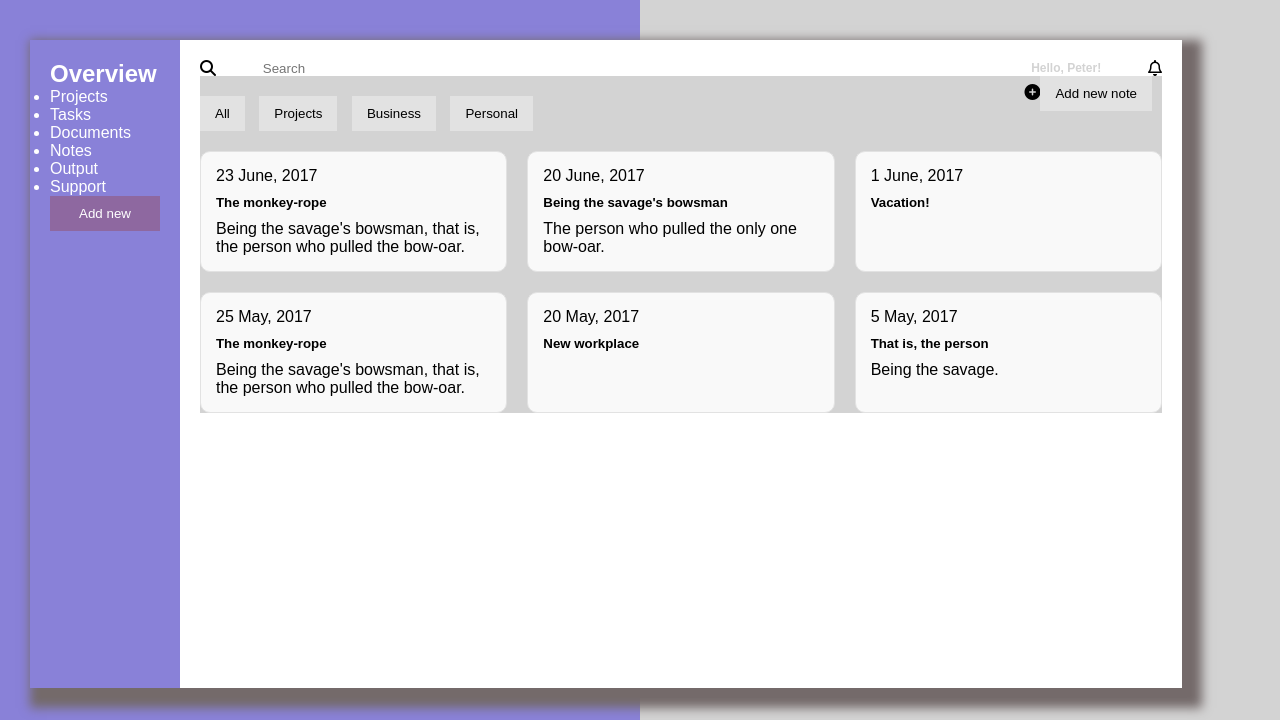
Repository: SatenikGabrielyan/HTML_CSS-_Assignment
Page: index.html
An editor plug-in stored every save of this project. The page is shown before and after the next save, followed by the edit.
The browser window is 1280 px wide. The pictures show the whole page.
Some web libraries are served in a nearby version.

Above is the page before, as saved 2025-03-17 21:14:21.

### index.html
<!DOCTYPE html>
<html lang="en">
  <head>
    <meta charset="UTF-8" />
    <meta name="viewport" content="width=device-width, initial-scale=1.0" />
    <title>Notes App</title>
    <link rel="stylesheet" href="./style.css" />
    <script src="https://kit.fontawesome.com/858d305f19.js" crossorigin="anonymous"></script>
</head>
  <body>
      <div class="cont">
          <div class="purp"></div>
          <div class="whit"></div>
      </div>
    <div class="container">
      <aside class="sidebar">
        <header>
            <h2>Overview</h2>
        </header>
        <nav>
            <ul>
                <li>Projects</li>
                <li>Tasks</li>
                <li>Documents</li>
                <li>Notes</li>
                <li>Output</li>
                <li>Support</li>
            </ul>
        </nav>
        <button class="add-new">Add new</button>
    </aside>

    <main class="main-content">
       <div class="header">
            <i class="fas fa-search"></i>  <input type="text" placeholder="Search">
            <h3>Hello, Peter!</h3> <i class="fa-regular fa-bell"></i>
    </div>
    <div class="proj">
        <div class="but">
        <div class="tabs">
            <button>All</button>
            <button>Projects</button>
            <button>Business</button>
            <button>Personal</button>
        </div>
        <div  >
            <i class="fa-solid fa-circle-plus"></i><button class="add">Add new note</button>
        </div>
    </div>
        <div class="notes-grid">
            <div class="note-card">
                <h4>23 June, 2017</h4>
                <h5>The monkey-rope</h5>
                <p>Being the savage's bowsman, that is, the person who pulled the bow-oar.</p>
            </div>
            <div class="note-card">
                <h4>20 June, 2017</h4>
                <h5>Being the savage's bowsman</h5>
                <p>The person who pulled the only one bow-oar.</p>
            </div>
            <div class="note-card">
                <h4>1 June, 2017</h4>
                <h5>Vacation!</h5>
            </div>
            <div class="note-card">
                <h4>25 May, 2017</h4>
                <h5>The monkey-rope</h5>
                <p>Being the savage's bowsman, that is, the person who pulled the bow-oar.</p>
            </div>
            <div class="note-card">
                <h4>20 May, 2017</h4>
                <h5>New workplace</h5>
            </div>
            <div class="note-card">
                <h4>5 May, 2017</h4>
                <h5>That is, the person</h5>
                <p>Being the savage.</p>
            </div>
        </div>
    </div>
    </main>
    </div>

  </body>
</html>

### style.css
/* CSS Variables for Colors */
:root {
    --bg-color: #fbfbfb;
    --primary-color: #8981d8;
    --secondary-color: #d0d0d0;
    --text-color: #858499;
    --highlight-color: #7f77cc;
    --hover-color: rgba(137, 129, 216, 0.5);
  }


  * {
    margin: 0;
    padding: 0;
    box-sizing: border-box;
  }

  body {
    font-family: Arial, sans-serif;
    background-color: var(--bg-color);
    display: flex;
    height: 100vh;
  }
  .wrapper{
    position: relative;
  }
  .cont{
      display: flex;
      width: 100%;
      position: relative;
      z-index: -1;
      border-radius: 10px;
  }
.purp {
    width: 50%;
    background-color: var(--primary-color);
    flex-direction: row;
}
.whit {
    width: 50%;
    background-color: lightgray;
    flex-direction: row;
}
  .container {
    display: flex;
    width: 90%;
    height: 90%;

    box-shadow: 10px 10px 10px 10px rgb(116, 106, 106);
    margin-left: 30px;
    margin-right: 30px;
    margin-top: 40px;
    margin-bottom: 80px;
    background: center;
    position: absolute;
    z-index: 2;
  }

   .sidebar {
    width: 150px;
    background-color: var(--primary-color);
    color: #fff;
    display: flex;
    flex-direction: column;
    padding: 20px;
  }

  .main-content li {
    float: left;
  }

  .main-content li a {
    display: block;
    color: white;
    text-align: center;
    padding: 14px 16px;
    text-decoration: none;
  }

  .main-content li a:hover:not(.active) {
    background-color: #111;
  }

  .sidebar-header h2 {
    margin-bottom: 20px;
  }

  .sidebar-list {
    list-style: none;
  }

  .sidebar-list li {
    margin: 15px 0;
    display: flex;
    align-items: center;
    cursor: pointer;
  }

  .sidebar-list li i {
    margin-right: 10px;
  }

  .main-content {
    background-color: white;
    width: 200px;
    flex-grow: 1;
    padding: 20px;
    overflow-y: auto;
  }

   /* header {
    display: flex;
    justify-content: space-between;
    align-items: center;
    margin-bottom: 20px;
  } */

  /*
  .header-left p {
    font-size: 1.2em;
    color: var(--text-color);
  }

  .header-right {
    display: flex;
    align-items: center;
  }

  .header-right i {
    margin-right: 20px;
    cursor: pointer;
  }

  .add-note-btn {
    background-color: var(--primary-color);
    color: #fff;
    border: none;
    padding: 10px 20px;
    cursor: pointer;
    display: flex;
    align-items: center;
  }

  .add-note-btn i {
    margin-right: 10px;
  }


  .notes-grid {
    display: grid;
    grid-template-columns: repeat(auto-fill, minmax(300px, 1fr));
    gap: 20px;
  }

  .note-item {
    background-color: #fff;
    border-radius: 8px;
    box-shadow: 0 2px 4px rgba(0, 0, 0, 0.1);
    overflow: hidden;
    display: flex;
    flex-direction: column;
    padding: 20px;
  }

  .note-item img {
    width: 100%;
    height: auto;
    border-radius: 8px;
    margin-bottom: 15px;
  }

  .note-item p {
    color: var(--text-color);
    font-size: 1em;
    line-height: 1.5;
  }


  .sidebar-list li:hover {
    background-color: var(--highlight-color);
    transition: background-color 0.3s ease;
  }


  @media (max-width: 768px) {
    .container {
      flex-direction: column;
    }

    .sidebar {
      width: 100%;
      flex-direction: row;
      justify-content: space-around;
      padding: 10px;
    }

    .sidebar-list {
      display: flex;
      flex-direction: row;
      gap: 15px;
    }

    .sidebar-list li {
      margin: 0;
    }

    .main-content {
      padding: 10px;
    }

    header {
      flex-direction: column;
      align-items: flex-start;
    }

    .header-right {
      margin-top: 10px;
    }

    .notes-grid {
      grid-template-columns: 1fr;
    }

    .note-item {
      padding: 10px;
    }

    .note-item img {
      margin-bottom: 10px;
    }
  } */
  /* .sidebar {
    background-color: #5e4b9a;
    color: white;
    width: 300px;
    padding: 20px;
} */

/* .sidebar header {
    font-size: 24px;
}

.sidebar nav ul {
    list-style: none;
    padding: 0;
}

.sidebar nav ul li {
    margin: 15px 0;
} */

.add-new {
    background-color: #8e68a0;
    color: white;
    border: none;
    padding: 10px;
    cursor: pointer;
}

.main-content {
    flex: 1;
    padding: 20px;
    background-color: white;
}

.header {
    display: flex;
    justify-content: space-between;
    align-items: center;
    background-color: white;
    box-shadow: lightgrey;
}

.header input {
    border: none;
    margin: 0;
    width: 75%;
}

.header h3 {
    margin: 0;
    font-size: 12px;
    color: lightgrey;
}

.tabs {
    margin: 20px 0;
}
.proj {
    background-color: lightgrey;
}
.tabs button {
    margin-right: 10px;
    padding: 10px 15px;
    border: none;
    background-color: #e2e2e2;
    cursor: pointer;
}

.notes-grid {
    display: grid;
    grid-template-columns: repeat(auto-fill, minmax(240px, 1fr));
    gap: 20px;
}
.but{
    display: flex;
    flex-direction: row;
    justify-content: space-between;
}
.add {
    margin-right: 10px;
    padding: 10px 15px;
    border: none;
    background-color: #e2e2e2;
    cursor: pointer;

}

.note-card {
    border: 1px solid #e2e2e2;
    border-radius: 10px;
    padding: 15px;
    background-color: #f9f9f9;
}

.note-card h4 {
    margin: 0;
    font-weight: normal;
}

.note-card h5 {
    margin: 10px 0;
}

After the next save:
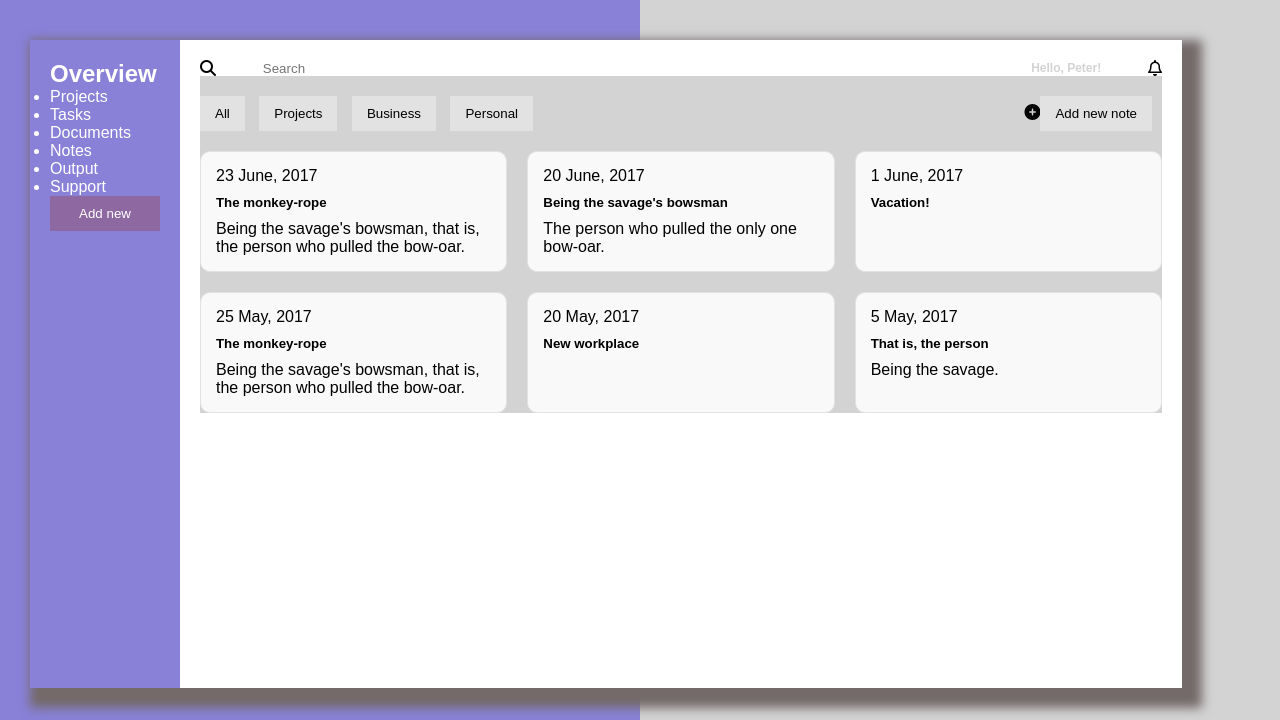
Saved 47 s later.
--- a/index.html
+++ b/index.html
@@ -44,7 +44,7 @@
             <button>Personal</button>
         </div>
         <div  >
-            <i class="fa-solid fa-circle-plus"></i><button class="add">Add new note</button>
+            <i class="fa-solid fa-circle-plus"></i><button class="add tabs">Add new note</button>
         </div>
     </div>
         <div class="notes-grid">
